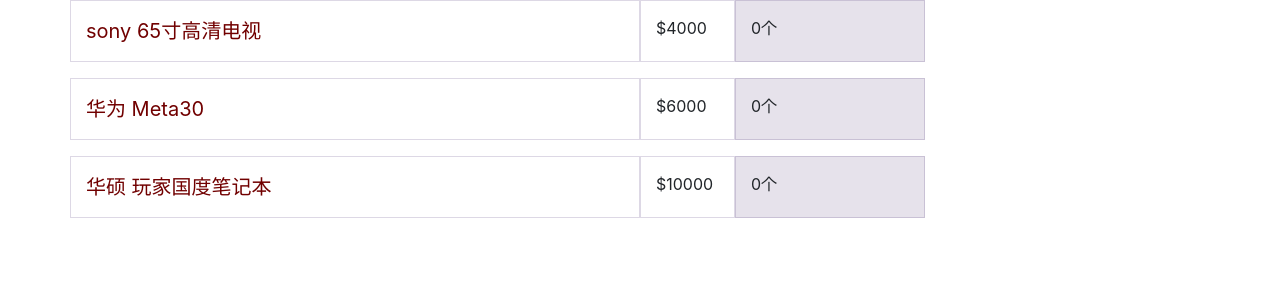
Repository: cuilongshui/reaact_dom
Page: /
The author's editor kept a copy of each file at every save. The page is drawn from the files as they stood at one save, then again after a run of saves.
The browser window is 1280 px wide. The pictures show the whole page.
The project was rebuilt for these pictures with package versions that can differ from the ones it lists, and the page was loaded fresh each time. Also part of the build but not shown: src/App.css.

Above is the page before, as saved 2020-12-10 23:45:40.

After the next 2 saves:
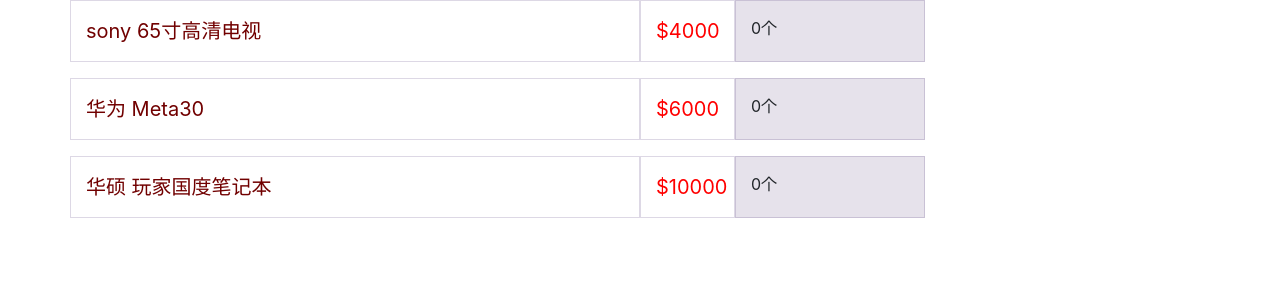
The 2 saves are shown as one change because they came seconds apart.
The last was saved 42 s later.
--- a/src/components/listItem.jsx
+++ b/src/components/listItem.jsx
@@ -2,7 +2,7 @@
  * @Author: cui
  * @Date: 2020-12-09 20:45:07
  * @LastEditors: cui
- * @LastEditTime: 2020-12-10 23:45:39
+ * @LastEditTime: 2020-12-10 23:46:21
  * @Description:
  */
 import React, { Component } from "react";
@@ -30,7 +30,9 @@
           {this.props.data.title}
           </span>
         </div>
-        <div className="col-1 themed-grid-col">${this.props.data.price}</div>
+        <div className="col-1 themed-grid-col">
+        <span className='title'>${this.props.data.price}</span>
+        </div>
         <div className={`col-2 themed-grid-col${count ? '' : '-s'}`}>{this.manageCount()} </div>
       </div>
     );
